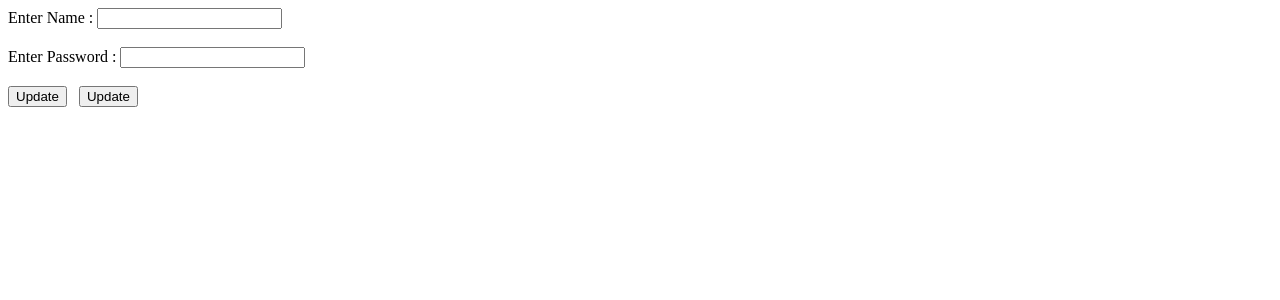
Repository: Vishalrathod8788/JEE
Page: Connectivity_demo/WebContent/Edit.html
The author's editor kept a copy of each file at every save. The page is drawn from the files as they stood at one save, then again after the next save.
The browser window is 1280 px wide. The pictures show the whole page.

Above is the page before, as saved 2023-09-30 14:52:52.

After the next save:
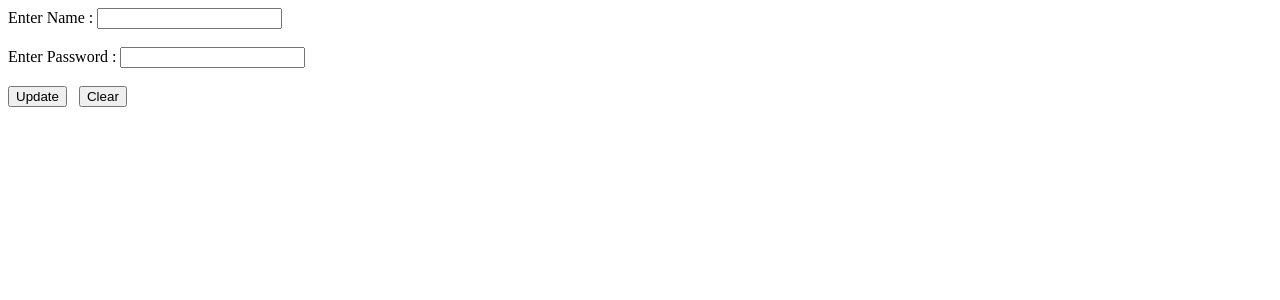
Saved 12 s later.
--- a/Connectivity_demo/WebContent/Edit.html
+++ b/Connectivity_demo/WebContent/Edit.html
@@ -11,7 +11,7 @@
 		Enter Password :
 		<input type="password" name="txtPass" /> <br /> <br />
 		<input type="submit" value="Update" /> &nbsp;
-		<input type="submit" value="Update" />
+		<input type="reset" value="Clear" />
 	</form>
 </body>
 </html>
